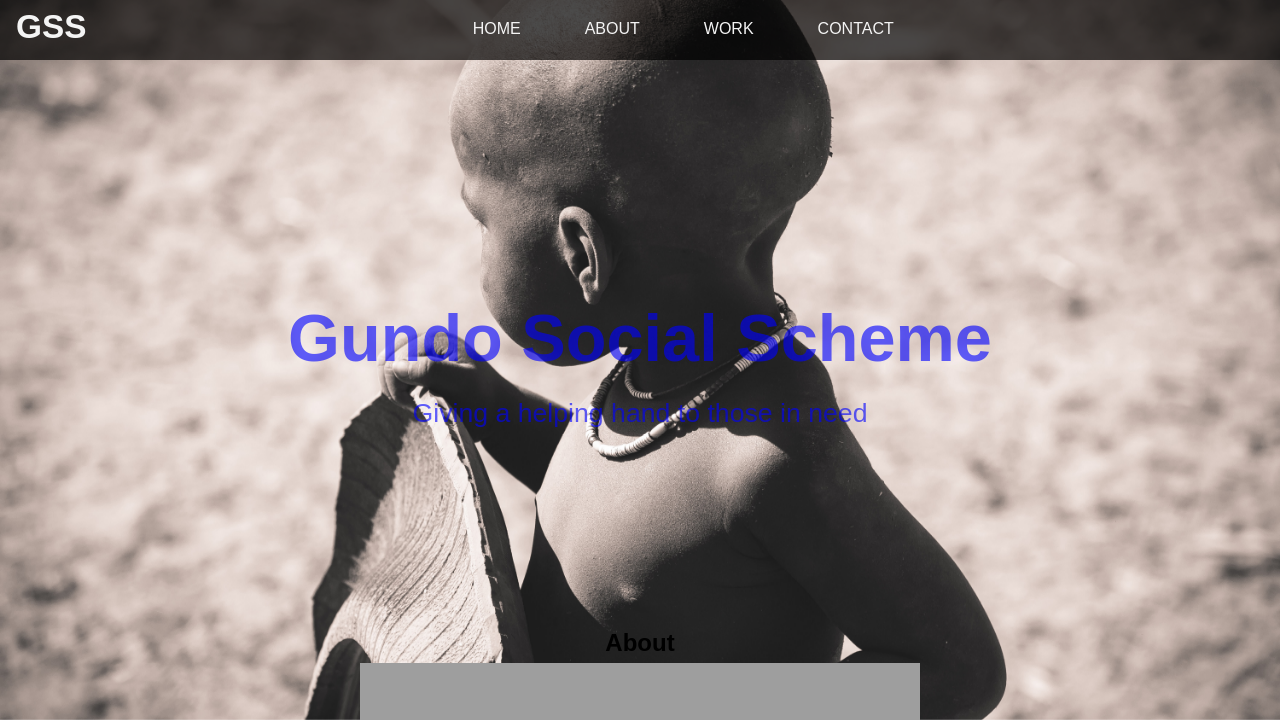
Repository: blessingNtoko/gss-basic_website
Page: index.html
These files come from the project's save history. The page is drawn as it stood at one moment and after the next save; the edit follows.
The browser window is 1280 px wide. The pictures show the whole page.
Pictures or frames that could not be fetched are drawn as grey boxes. An inner scrolling area shows only its first screen.

Above is the page before, as saved 2020-05-13 00:02:18.

After the next save:
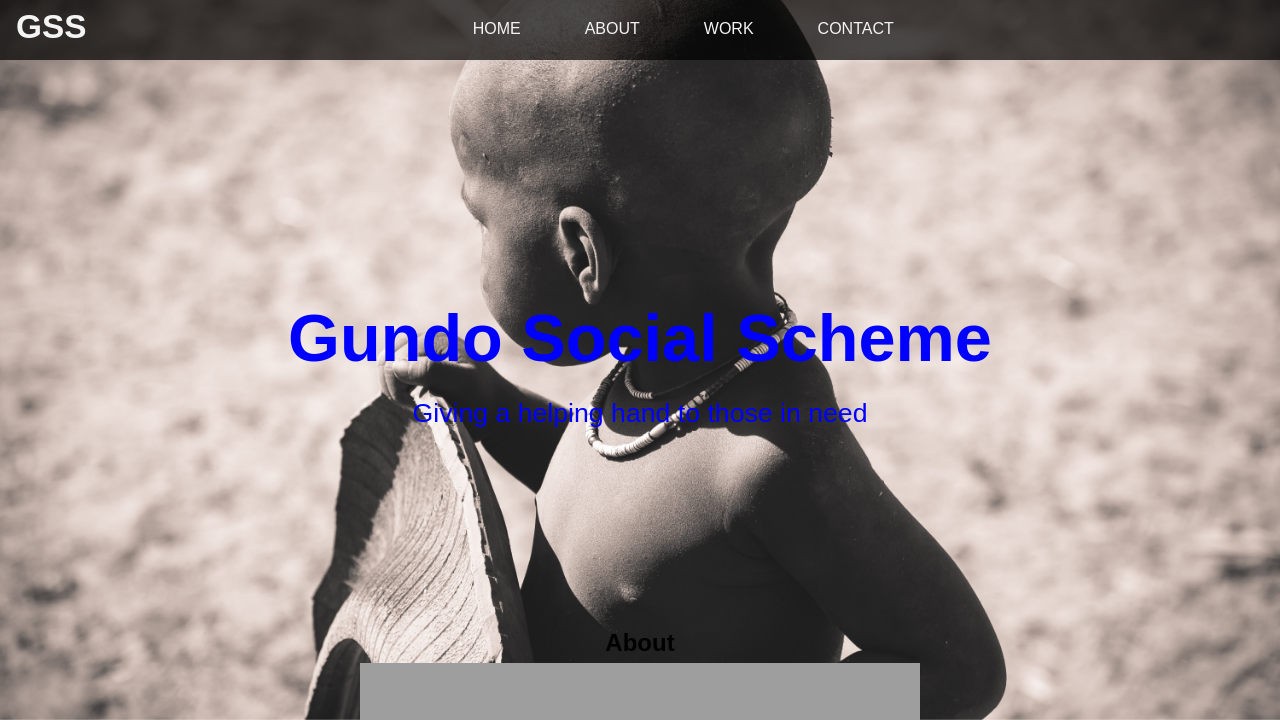
Saved 11 s later.
--- a/style.css
+++ b/style.css
@@ -84,7 +84,7 @@ section {
     background-repeat: no-repeat;
     background-size: cover;
     background-attachment: fixed;
-    color: rgba(0, 0, 255, 0.616);
+    color: rgba(0, 0, 255);
 }
 
 #home h1 {
